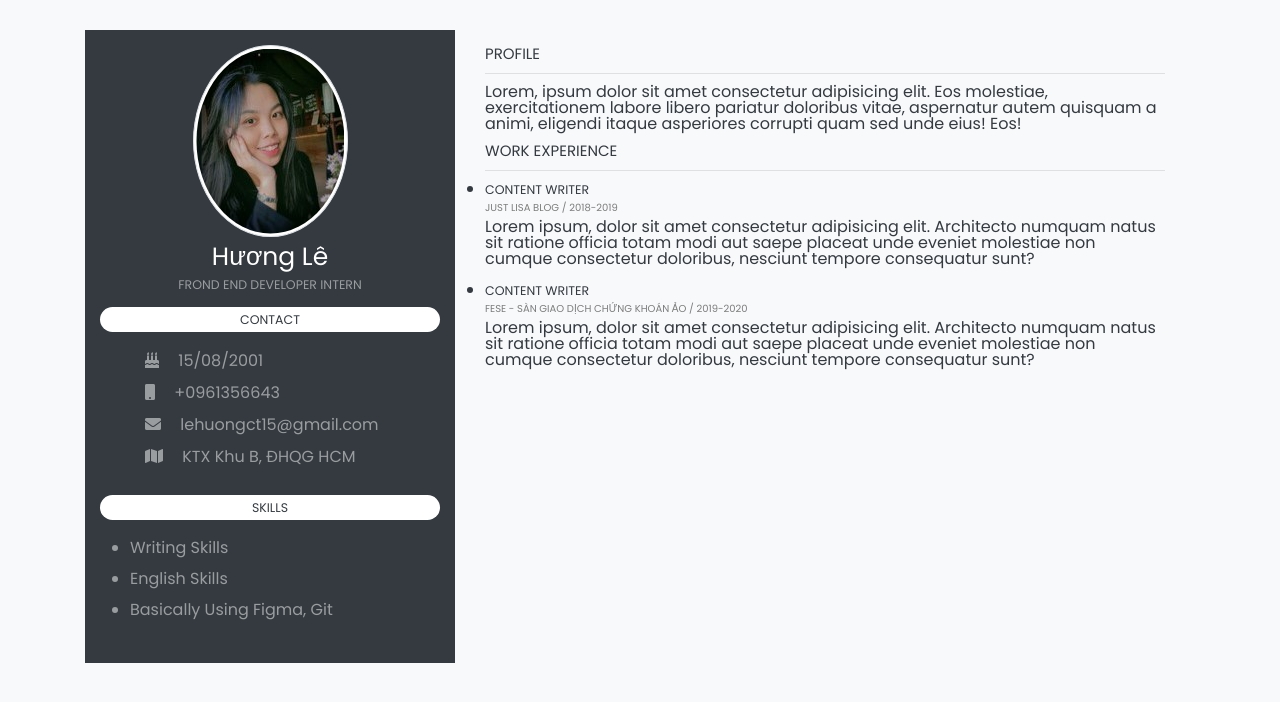
Repository: huongle158/cvhuongle
Page: index.html
An editor plug-in stored every save of this project. The page is shown before and after the next save, followed by the edit.
The browser window is 1280 px wide. The pictures show the whole page.
Some web libraries are served in a nearby version.

Above is the page before, as saved 2021-12-12 23:47:10.

After the next save:
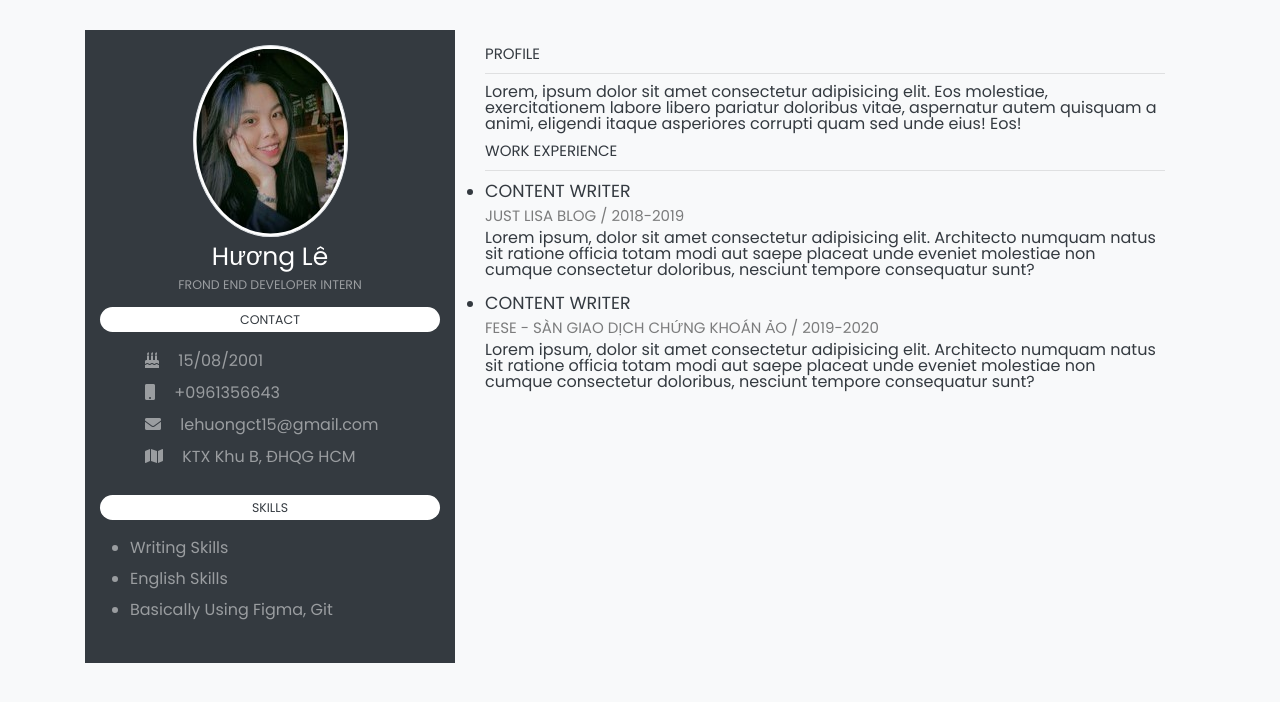
Saved 30 s later.
--- a/index.html
+++ b/index.html
@@ -85,13 +85,13 @@
                 <hr>
                 <ul class="list">
                 <li class="list-item mb-4">
-                    <h5 class="display-6 text-uppercase">Content Writer</h5>
-                    <h6 class="text-uppercase text-black-50">Just Lisa blog  / 2018-2019</h6>
+                    <h3 class="display-6 text-uppercase">Content Writer</h3>
+                    <h4 class="text-uppercase text-black-50">Just Lisa blog  / 2018-2019</h4>
                     <p>Lorem ipsum, dolor sit amet consectetur adipisicing elit. Architecto numquam natus sit ratione officia totam modi aut saepe placeat unde eveniet molestiae non cumque consectetur doloribus, nesciunt tempore consequatur sunt?</p>
                 </li>
                  <li class="list-item mb-4">
-                    <h5 class="display-6 text-uppercase">Content Writer</h5>
-                    <h6 class="text-uppercase text-black-50">FESE - Sàn Giao dịch Chứng khoán ảo  / 2019-2020</h6>
+                    <h3 class="display-6 text-uppercase">Content Writer</h3>
+                    <h4 class="text-uppercase text-black-50">FESE - Sàn Giao dịch Chứng khoán ảo  / 2019-2020</h4>
                     <p>Lorem ipsum, dolor sit amet consectetur adipisicing elit. Architecto numquam natus sit ratione officia totam modi aut saepe placeat unde eveniet molestiae non cumque consectetur doloribus, nesciunt tempore consequatur sunt?</p>
                 </li>
 
